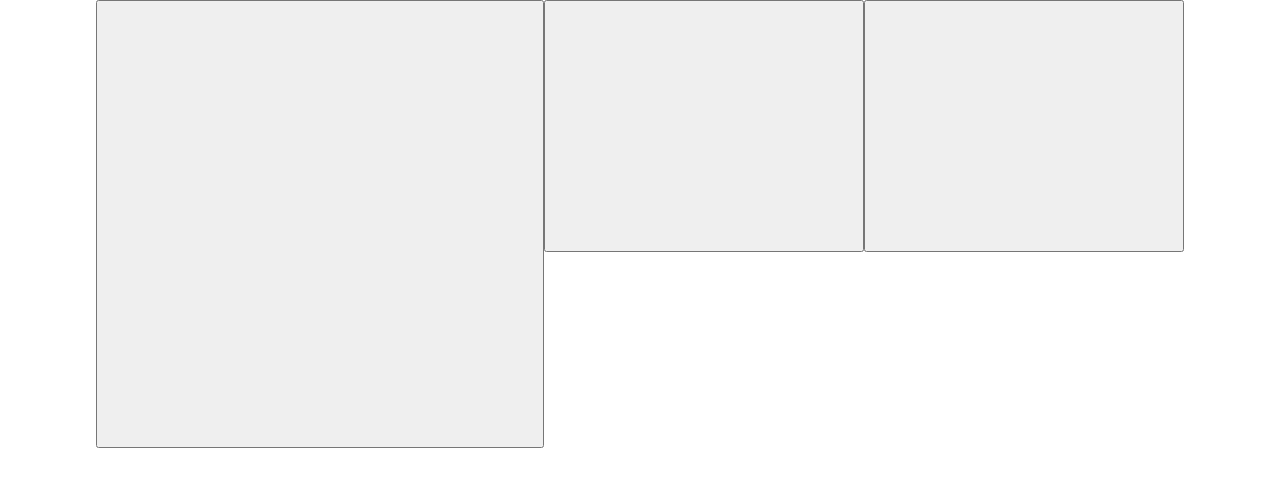
Repository: napan24/tic-tac-toe
Page: /
An editor plug-in stored every save of this project. The page is shown before and after the next save, followed by the edit.
The browser window is 1280 px wide. The pictures show the whole page.
The project was rebuilt for these pictures with package versions that can differ from the ones it lists, and the page was loaded fresh each time. Also part of the build but not shown: src/App.css.

Above is the page before, as saved 2022-06-12 11:42:00.

### src/App.js
import logo from './logo.svg';
import './App.css';
import { FontAwesomeIcon } from '@fortawesome/react-fontawesome';
import { faXmark } from '@fortawesome/free-solid-svg-icons';
import {faCircle} from '@fortawesome/free-regular-svg-icons';
import './tik.css';
/* <FontAwesomeIcon icon={faXmark} size="5x" /> */
/* <FontAwesomeIcon icon={faCircle} size="5x"/> */
function App() {
  return (
    <div className="row" style={{display:"flex",justifyContent:"center",alignContent:"center"}}>
      <button className="column" style={{height:"35vw",width:"35vw"}}></button>
      <button className="column"></button>
      <button className="column"></button>
    </div>
  );
}

export default App;

### src/tik.css
* {
    box-sizing: border-box;
  }

  /* Create three equal columns that floats next to each other */
  .column {
    float: left;
    width: 25%;
    height:35vh;
  }

  /* Clear floats after the columns */
  .row:after {
    content: "";
    display: table;
    clear: both;
  }

Loaded but not shown: public/index.html (common file); src/index.js (common file); src/index.css (common file); src/reportWebVitals.js (common file)

After the next save:
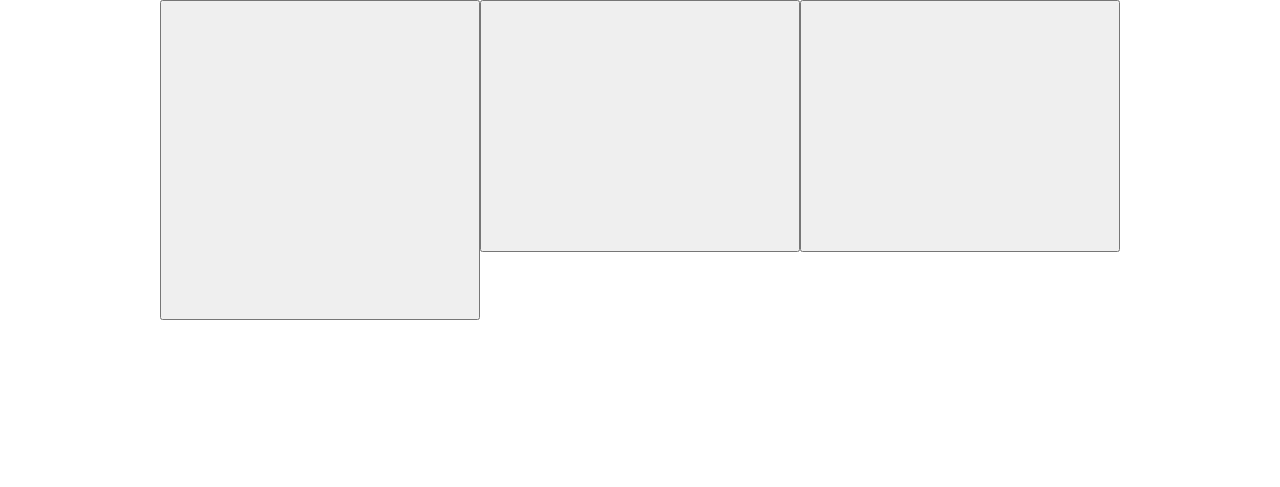
Saved 5 s later.
--- a/src/App.js
+++ b/src/App.js
@@ -9,7 +9,7 @@ import './tik.css';
 function App() {
   return (
     <div className="row" style={{display:"flex",justifyContent:"center",alignContent:"center"}}>
-      <button className="column" style={{height:"35vw",width:"35vw"}}></button>
+      <button className="column" style={{height:"25vw",width:"25vw"}}></button>
       <button className="column"></button>
       <button className="column"></button>
     </div>
